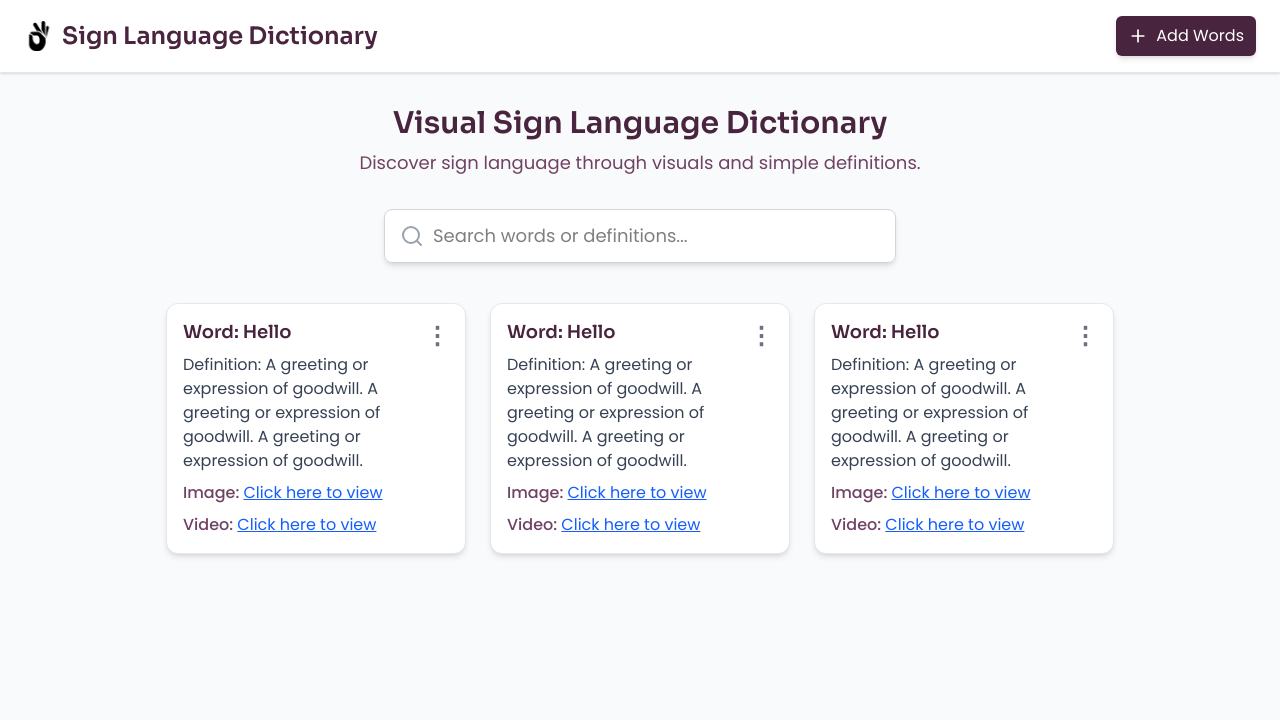
Repository: jabir12-12/sign-setu
Page: /
The author's editor kept a copy of each file at every save. The page is drawn from the files as they stood at one save, then again after the next save.
The browser window is 1280 px wide. The pictures show the whole page.
The project was rebuilt for these pictures with package versions that can differ from the ones it lists, and the page was loaded fresh each time. The framework's server and built-in components were replaced by stand-ins that run in the browser. Also part of the build but not shown: next.config.ts.

Above is the page before, as saved 2025-05-27 17:32:40.

After the next save:
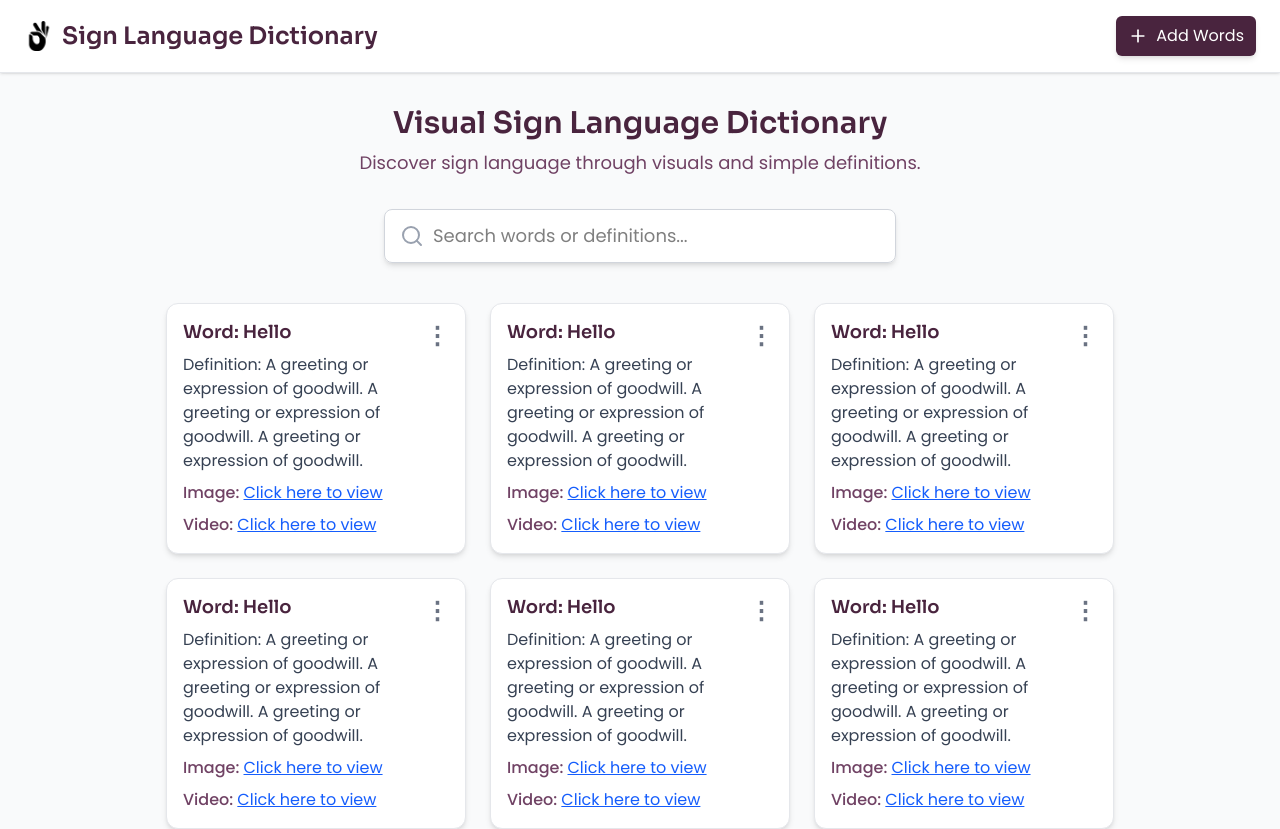
Saved 29 s later.
--- a/app/page.tsx
+++ b/app/page.tsx
@@ -64,7 +64,7 @@ export default function StockDashboard() {
 
         {/* Display Section - row-wise cards */}
         <div className="mt-10 px-4 max-w-7xl mx-auto flex flex-wrap justify-center gap-6">
-          {[1, 2, 3].map((item, index) => (
+          {[1, 2, 3, 4, 5, 6].map((item, index) => (
             <div
               key={index}
               className="relative bg-white w-[300px] rounded-xl shadow-md p-4 border border-gray-200 hover:shadow-lg transition duration-200"
